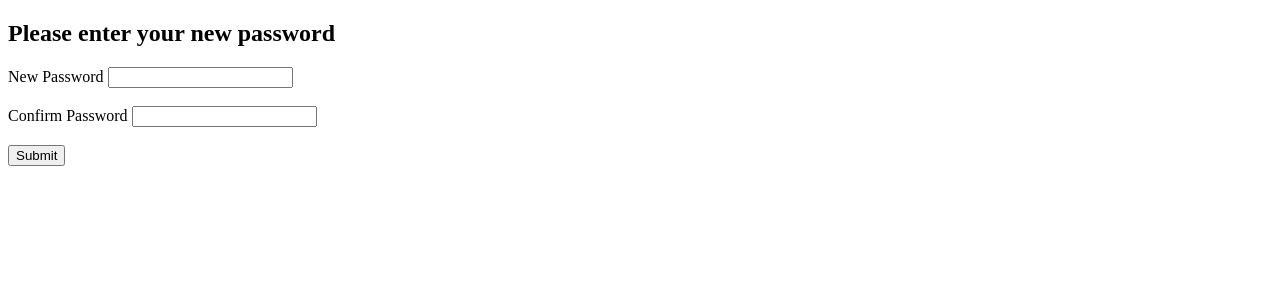
Repository: DEEKSHITH-GD/Banking-Application-using-Servlets
Page: Banking Application using Servlets/BankingApplication_Servlets/src/main/webapp/ChangePwd.html
The author's editor kept a copy of each file at every save. The page is drawn from the files as they stood at one save, then again after the next save.
The browser window is 1280 px wide. The pictures show the whole page.

Above is the page before, as saved 2024-01-03 18:20:38.
Console error: TypeError: Cannot read properties of null (reading 'addEventListener')

After the next save:
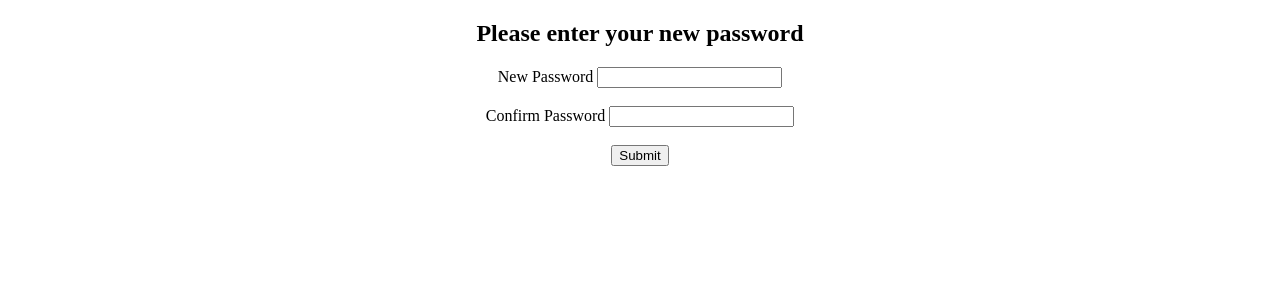
Saved 47 s later.
--- a/Banking Application using Servlets/BankingApplication_Servlets/src/main/webapp/ChangePwd.html
+++ b/Banking Application using Servlets/BankingApplication_Servlets/src/main/webapp/ChangePwd.html
@@ -5,6 +5,7 @@
 <title>Change Password</title>
 </head>
 <body>
+<center>
 <h2>Please enter your new password</h2>
 <form action="ChangePassword" method="post">
 		<label>New Password</label>
@@ -38,5 +39,6 @@
             req.send(formData);
         });
      </script>
+     <center>
 </body>
 </html>
